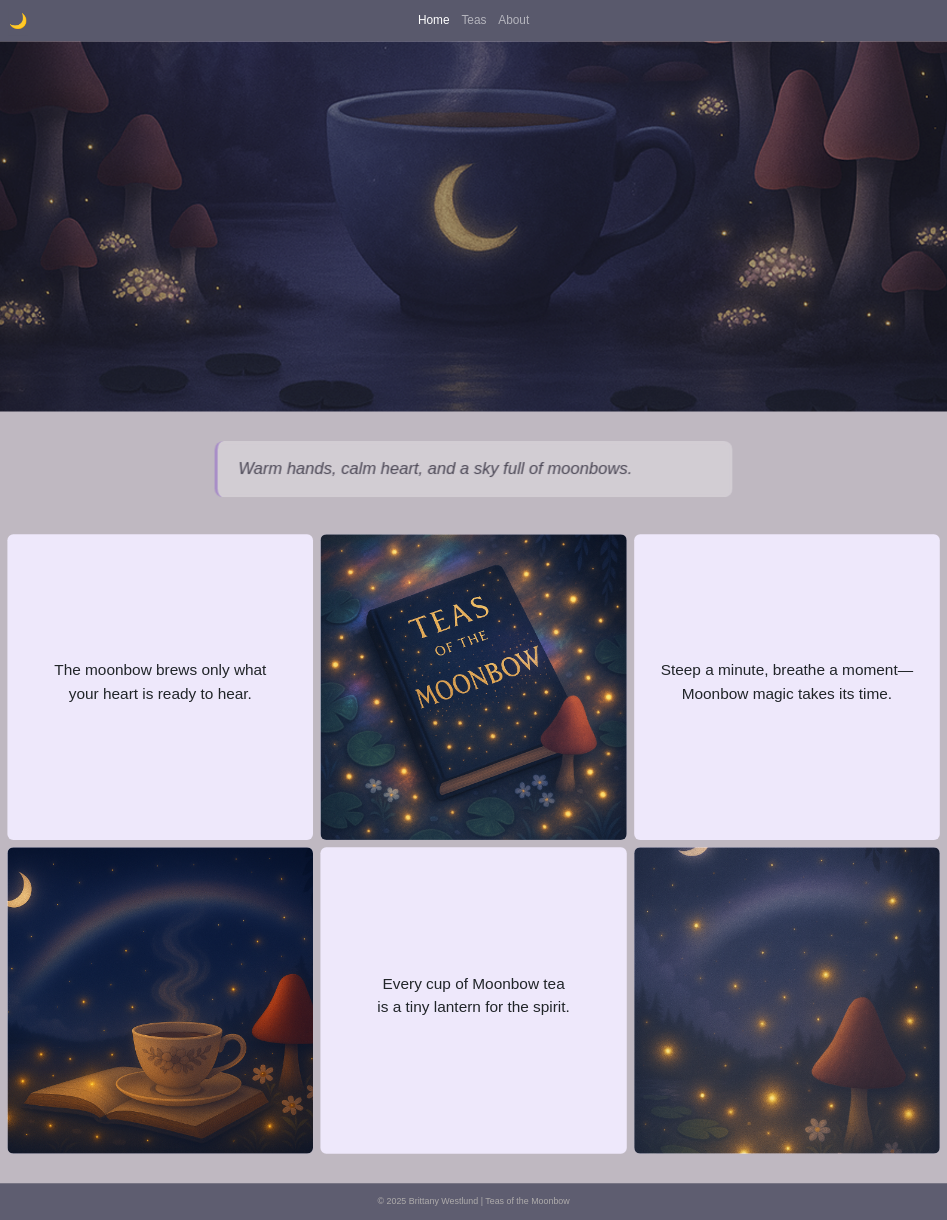
Repository: Brittany-Westlund/WebDesign
Page: FinalProject/about.html
These files come from the project's save history. The page is drawn as it stood at one moment and after the next save; the edit follows.
The browser window is 1280 px wide. The pictures show the whole page, at 74% of full size.
Backgrounds fixed to the window are drawn as part of the page.

Above is the page before, as saved 2025-12-03 22:24:43.

### FinalProject/about.html
<!DOCTYPE html>
<html lang="en">
  <head>
    <meta charset="UTF-8">
    <meta name="viewport" content="width=device-width, initial-scale=1.0">
    <meta name="description" content="A personal website designed to showcase work, ideas, and personality.">
    <title>The title of the browser tab</title>
    <link href="https://cdn.jsdelivr.net/npm/bootstrap@5.3.0/dist/css/bootstrap.min.css" rel="stylesheet">
    <link rel="stylesheet" href="style/style.css">
    <link rel="icon" type="image/x-icon" href="images/favicon.ico">
  </head>
  <body>
   <nav class="navbar navbar-expand-lg sticky-top bg-dark" data-bs-theme="dark">
    <div class="container-fluid">
      <a class="navbar-brand" href="#">🌙</a>
        <button class="navbar-toggler ms-auto" type="button" data-bs-toggle="collapse" data-bs-target="#navbarSupportedContent" aria-controls="navbarSupportedContent" aria-expanded="false" aria-label="Toggle navigation">
          <span class="navbar-toggler-icon"></span>
    </button>
    <div class="collapse navbar-collapse" id="navbarSupportedContent">
    <ul class="navbar-nav mx-auto mb-2 mb-lg-0 align-items-end">
      <li class="nav-item">
        <a class="nav-link active" aria-current="page" href="index.html">Home</a>
      </li>
      <li class="nav-item">
        <a class="nav-link" href="teas.html">Teas</a>
      </li>
      <li class="nav-item">
        <a class="nav-link" href="about.html">About</a>
      </li> <!-- I added this entire list item to Bootstrap's default code. Add more if needed! -->
    </ul>
    </div>
  </div>
  </nav>
    <main>

  <!-- Parallax Banner -->
    <section class="parallax-banner"
            style="background-image: url('images/TeacupVillageShort.png');">
      <div class="parallax-banner-overlay">
        <div class="parallax-banner-content">
        </div>
      </div>
    </section>


<blockquote>Warm hands, calm heart, and a sky full of moonbows.</blockquote>


 <!-- Here is my gallery section -->
    <div class="gallery">
      <div class="item"><p>The moonbow brews only what <br> your heart is ready to hear.</p></div>
      <div class="item"><img src="images/TeasoftheMoonbow.png" alt="A closeup of wildflowers"></div>
      <div class="item"><p>Steep a minute, breathe a moment— <br> Moonbow magic takes its time.</p></div>
      <div class="item"><img src="images/TeacupBookMagical.png" alt="A closeup of orange flowers"></div>
      <div class="item"><p>Every cup of Moonbow tea <br> is a tiny lantern for the spirit.</p></div>
      <div class="item"><img src="images/MoonbowMagicalAmbiance.png" alt="A closeup of red flowers"></div>
    </div>

    </main>
    <footer>
      <p>&copy; <span id="year"></span> Brittany Westlund | Teas of the Moonbow</p>

      <script>
      document.getElementById("year").textContent = new Date().getFullYear();
      </script>
    </footer>
    <script src="https://cdn.jsdelivr.net/npm/bootstrap@5.3.0/dist/js/bootstrap.bundle.min.js"></script>
  </body>
</html>

### FinalProject/style/style.css
.playwrite-us-trad-guides-regular {
  font-family: "Playwrite US Trad Guides", cursive;
  font-weight: 400;
  font-style: normal;
}


.raleway-regular {
  font-family: "Raleway", sans-serif;
  font-optical-sizing: auto;
  font-weight: 200;
  font-style: normal;
}







body {
  background-color: #bfb8c1;
  margin: 0;
  font-family: "Raleway", sans-serif;
}

.navbar-brand {
  position: absolute;
  top: 8px;
  background-color: rgba(89, 89, 108);
  transition: transform 0.5s ease;
}

.navbar-brand:hover {
  transform: scale(1.15);
}

.bg-dark {
  background-color: rgba(89, 89, 108) !important;
}



.carousel-item img {
  max-height: 680px;
  object-fit: cover;
  width: 100%;
}

header {
  text-align: center;
  margin-top: 2rem;
  margin-bottom: 1.5rem;
}

.gallery {
  display: grid;
  grid-template-columns: repeat(auto-fit, minmax(400px, 1fr));
  gap: 10px;
  margin: auto;
  padding: 10px;
}

.item {
  background-color: #fcf9ff;
  border-radius: 8px;
  aspect-ratio: 1 / 1;
  display: flex;
  justify-content: center;
}

.item img {
  padding: 0;
  width: 100%;
  height: auto; /* maintains the image's aspect ratio */
  display: block; /* clears any space after the image */
  border-radius: 8px;

}

.item p {
  text-align: center;
  display: flex;
  align-items: center;
  font-size: 10px;
}

footer {
  text-align: center;
  background-color: rgba(89, 89, 108, 0.95);
  height: 50px;
  padding-top: 15px;
  color: #aeabab;
  font-size: 12px !important;
  margin-top: 30px !important;
}









.page-wrapper {
  max-width: 800px;
  margin: 0 auto;
  padding: 20px;
}

/* The featured section */
.featured-section {
  display: grid;
  grid-template-columns: 1fr 2fr;
  grid-template-rows: auto auto;
  gap: 10px;
  align-items: start;
}


.blog-preview {
  display: flex; /* activates Flexbox */
  flex-direction: row; /* aligns items in a row (default, but explicit is good) */
  align-items: center; /* vertically centers items within the row */
  gap: 20px; /* adds space between items */
  max-width: 80%; /* controls total width of the content block */
  margin: 80px auto; /* centers on page with top/bottom space */
  padding: 20px 40px; /* adds subtle inner space from edges */
}

.blog-preview img {
  width: 30%;      /* image takes up 45% of the total width of .blog-preview */
  height: auto;    /* keeps proportions correct */
  border-radius: 8px; /* optional, softens corners */
}

.blog-list {
  display: flex;
  flex-direction: column;
  gap: 10px;
  max-width: 100%;
}
.blog-text {
  display: flex;
  flex-direction: column; /* stacks each text element vertically */
  gap: 10px; /* adds consistent space between elements */
}
.date {
  font-family: Arial, Helvetica, sans-serif;
  font-size: 0.8rem;
  color: #666;
  margin: 0;
}

.post-title {
  font-family: Arial, Helvetica, sans-serif;
  font-size: 2rem;
  font-weight: 600;
  line-height: 1.3;
  margin: 0;
}

.post-preview {
  font-family: Arial, Helvetica, sans-serif;
  font-size: 0.9rem;
  color: #6d6d6d;
  line-height: 1.6;
  margin: 0;
}

.read-more {
  font-family: Arial, Helvetica, sans-serif;
  text-decoration: none;
  font-weight: bold;
  color: #8fafa7;
  margin-top: 10px;
}




.right-column {
  grid-column: 2;
  grid-row: 1 / 3; /* spans both rows — hero + cards */
  display: flex;
  flex-direction: column;
  gap: 20px;
}

.hero {
  grid-column: 2;
  grid-row: 1;
  max-height: 300px;
  overflow: hidden;
}

.hero img {
  width: 100%;
  height: auto;
  display: block;
}





.card-section {
  grid-column: 1 / 3; /* spans both columns */
  grid-row: 2;
  display: flex;
  gap: 10px;
}

.card {
  display: flex;
  flex-direction: column;
  flex: 1;
  gap: 10px;
  padding: 20px;
  background-color: gainsboro;
  max-width: 300px;
  width: 100%;
  margin-bottom: 20px;
}

.card img {
  width: 100%;
  height: auto;
  border-radius: 8px;
}




/* Compact blog previews ONLY inside the featured section */

.featured-section .blog-preview {
  max-width: 100% !important;
  margin: 0px 0 !important;
  padding: 10px 0 !important;   /* removes the 40px left/right padding */
  gap: 10px;
  width: 100%;
  box-sizing: border-box;
}

.featured-section .blog-preview img {
  width: 80px;
}

.featured-section .blog-text {
font-size: 0.6rem;
}

.featured-section .post-preview {
font-size: 0.6rem;
line-height: 1;
}

.featured-section .post-title {
font-size: 0.8rem;
line-height: 1;
}

.featured-section .date {
font-size: 0.5rem;
}

.featured-section .read-more {
margin-top: 0px !important;
}




.featured-section .card {
  height: 290px;
}

.featured-section .card h3 {
  font-size: 1rem;
  margin: 0 0;
}

.featured-section .card p {
  font-size: 0.8rem;
  margin-top: 5px;
}

/* End of featured section */





blockquote {
  font-size: 1.4rem;
  line-height: 1.6;
  font-style: italic;
  color: #4a4654;             /* moonbow twilight text */
  background: rgba(255, 255, 255, 0.3);
  border-left: 4px solid #a88ec7;  /* soft lavender accent */
  padding: 20px 28px;
  border-radius: 12px;
  margin: 40px auto;
  max-width: 700px;
  backdrop-filter: blur(4px); /* subtle dreamy effect */
}







/* Start of Gallery section */

.gallery {
  display: grid;
  grid-template-columns: repeat(auto-fit, minmax(375px, 1fr));
  gap: 10px;
  margin: auto;
  padding: 10px;
}

.item {
  background-color: #eee8fb;
  border-radius: 8px;
  aspect-ratio: 1 / 1;
  display: flex;
  justify-content: center;
}

.item img {
  padding: 0;
  width: 100%;
  height: auto; /* maintains the image's aspect ratio */
  display: block; /* clears any space after the image */
  border-radius: 8px;
  object-fit: cover; /* this crops the image to fill the box */
}

.item p {
  text-align: center;
  display: flex;
  align-items: center;
  font-size: 1.3rem;

}

/* End of Gallery section */












/* The main footer container */

.footer {
  display: flex; /* Places all footer sections (icons + lists) side by side in a row */
  justify-content: space-between; /* Adds equal space between each section horizontally */
  align-items: flex-start; /* Aligns all sections to the top of the footer */
  background-color: #d5d0dd; /* Sets the footer’s background color */
  padding: 30px 100px; /* Adds space inside the footer: 30px top/bottom, 100px left/right */
  font-family: Arial, Helvetica, sans-serif; /* Sets the font for the entire footer */
}

.footer ul {
  list-style: none; /* Removes the default bullets from list items */
  padding: 0; /* Removes default padding inside the <ul> */
  margin: 0; /* Removes default margin outside the <ul> */
}

.footer li {
  margin-bottom: 6px; /* Adds a little space between each list item */
  font-size: 8px; /* Makes the text slightly smaller for a neat footer look */
}

.social-icons img {
  width: 22px; /* Sets consistent icon size */
  margin-right: 10px; /* Adds space between the icons */
  vertical-align: middle; /* Keeps icons visually aligned with any text nearby */
}



a:focus, button:focus, input:focus {
  outline: 2px solid #4a90e2;
  outline-offset: 2px;
}






/* Parallax Banner */

.parallax-banner {
  height: 500px;
  background-size: cover;
  background-position: bottom;
  background-attachment: fixed; /* parallax */
  position: relative;
}

.parallax-banner-overlay {
  height: 100%;
  width: 100%;
  background: rgba(0, 0, 0, 0.25); /* optional soft darkening */
}

.parallax-banner-content {
  position: absolute;
  bottom: 40px;
  left: 50%;
  transform: translateX(-50%);
  text-align: center;
  color: #faf7e8;
  text-shadow: 0 0 10px #000;
}


/* Mobile fix: background-attachment: fixed can be janky */
@media (max-width: 768px) {
  .parallax-banner {
    background-attachment: scroll;
  }

  .parallax-banner-content h1 {
    font-size: 2rem;
  }

  .parallax-banner {
    height: 320px;
  }
}

/* End of Parallax Banner */





/* Popup (hidden at first) */

#popup {
  position: fixed;
  top: 50%;
  left: 50%;
  transform: translate(-50%, -50%) scale(0.9);

  opacity: 0;
  pointer-events: none;
  transition: 0.3s ease;

  z-index: 1000; /* brings the popup to the front */

  /* 🌙 Moonbow Cute Popup Styling */
  width: 420px;             /* wider, more roomy */
  max-width: 92%;
  padding: 58px 62px;        /* extra breathing room */
  border-radius: 20px;      /* soft & huggable */
  background: rgba(89, 89, 108, 0.95);   /* twilight card */
  backdrop-filter: blur(10px);           /* dreamy fog */
  color: #e5dee7;
  font-size: 1.05rem;       /* friendlier type scale */
  line-height: 1.5;
  box-shadow:
      0 0 25px rgba(200,180,255,0.35),
      0 0 60px rgba(150,120,255,0.2),
      0 8px 20px rgba(0,0,0,0.4);
  display: flex;
  flex-direction: column;
  align-items: stretch;
  gap: 18px;                /* space between items */
  text-align: center;       /* cleaner heading */
}

/* Popup becomes visible */
#popup.open {
  opacity: 1;
  pointer-events: auto;
  transform: translate(-50%, -50%) scale(1);
}

/* Pulse animation on the Sign Up button */
@keyframes pulse {
  0% { transform: scale(1); }
  50% { transform: scale(1.05); }
  100% { transform: scale(1); }
}

#openPopup {
  animation: pulse 3s ease-in-out infinite;
  margin-bottom: 40px;
}

main h3,
#openPopup {
  display: block;
  margin: 20px auto;
  text-align: center;

}

button {
  border-radius: 20px;
  background: rgba(174, 104, 66, 0.95);
  width: 100px;
  height: 30px;
  border: none;
  padding: 10px, 15px;
  color: #d2cece;
  display: block;
  margin: 0 auto;
}

/* End popup */









@media (max-width: 600px) {
  /* Styles for mobile screens */
}

@media (min-width: 600px) and (max-width: 1024px) {
  /* Styles for tablets */
}

After the next save:
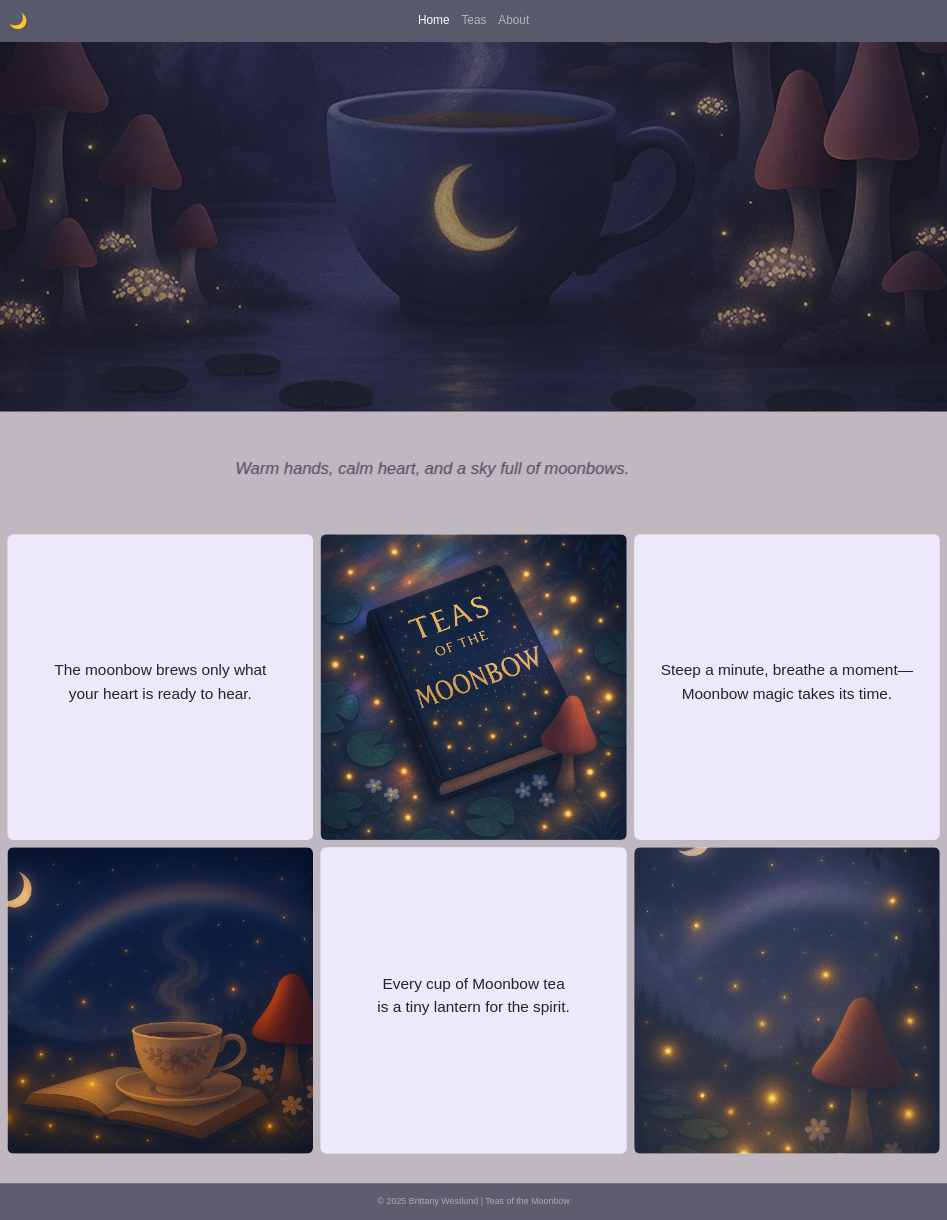
Saved 26 s later.
--- a/FinalProject/style/style.css
+++ b/FinalProject/style/style.css
@@ -298,8 +298,6 @@ blockquote {
   line-height: 1.6;
   font-style: italic;
   color: #4a4654;             /* moonbow twilight text */
-  background: rgba(255, 255, 255, 0.3);
-  border-left: 4px solid #a88ec7;  /* soft lavender accent */
   padding: 20px 28px;
   border-radius: 12px;
   margin: 40px auto;
